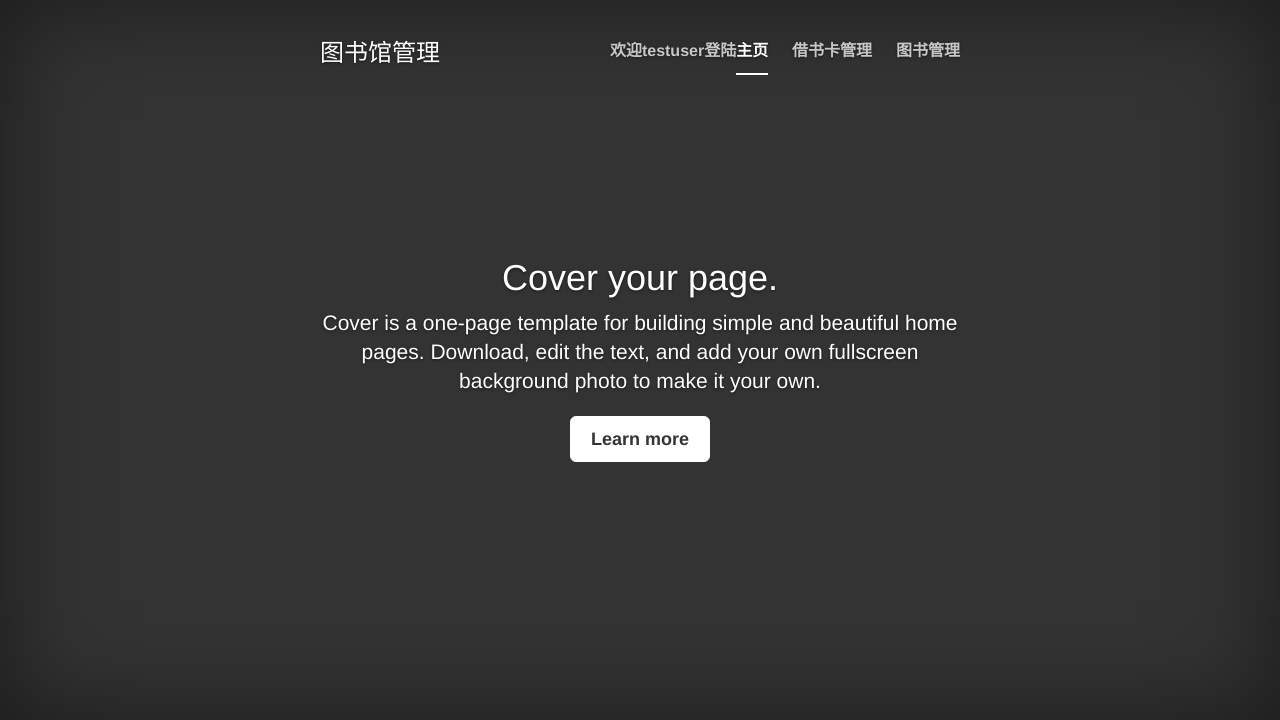
Repository: chaice/code
Page: http://localhost/web6/home
These files come from the project's save history. The page is drawn as it stood at one moment and after the next save; the edit follows.
The browser window is 1280 px wide. The pictures show the whole page.
Some web libraries are served in a nearby version. The page is served by Tomcat 9. The session is filled in as if someone had signed in: {"username": "testuser"}. Other server files are loaded and not shown.

Above is the page before, as saved 2016-06-01 09:40:43.

### web6/WebContent/WEB-INF/views/home.jsp
<%@ page language="java" contentType="text/html; charset=UTF-8"
    pageEncoding="UTF-8"%>
<!DOCTYPE html>
<html>
<head>
<meta charset="UTF-8">
<title>主页</title>
   <%@include file="head.jsp"%>
          <div class="inner cover">
            <h1 class="cover-heading">Cover your page.</h1>
            <p class="lead">Cover is a one-page template for building simple and beautiful home pages. Download, edit the text, and add your own fullscreen background photo to make it your own.</p>
            <p class="lead">
              <a href="#" class="btn btn-lg btn-default">Learn more</a>
            </p>
          </div>
        </div>
      </div>
    </div>
    <script src="//cdn.bootcss.com/jquery/1.11.3/jquery.min.js"></script>
    <script src="//cdn.bootcss.com/bootstrap/3.3.5/js/bootstrap.min.js"></script>

</body>
</html>

### web6/WebContent/WEB-INF/views/head.jsp
<%@ page language="java" contentType="text/html; charset=UTF-8"
	pageEncoding="UTF-8"%>
<link href="//cdn.bootcss.com/bootstrap/3.3.5/css/bootstrap.min.css"
	rel="stylesheet">
<style>
a,a:focus,a:hover {
	color: #fff;
}

.btn-default,.btn-default:hover,.btn-default:focus {
	color: #333;
	text-shadow: none;
	background-color: #fff;
	border: 1px solid #fff;
}

html,body {
	height: 100%;
	background-color: #333;
}

body {
	color: #fff;
	text-align: center;
	text-shadow: 0 1px 3px rgba(0, 0, 0, .5);
}

.site-wrapper {
	display: table;
	width: 100%;
	height: 100%;
	min-height: 100%;
	-webkit-box-shadow: inset 0 0 100px rgba(0, 0, 0, .5);
	box-shadow: inset 0 0 100px rgba(0, 0, 0, .5);
}

.site-wrapper-inner {
	display: table-cell;
	vertical-align: top;
}

.cover-container {
	margin-right: auto;
	margin-left: auto;
}

.inner {
	padding: 30px;
}

.masthead-brand {
	margin-top: 10px;
	margin-bottom: 10px;
}

.masthead-nav>li {
	display: inline-block;
}

.masthead-nav>li+li {
	margin-left: 20px;
}

.masthead-nav>li>a {
	padding-right: 0;
	padding-left: 0;
	font-size: 16px;
	font-weight: bold;
	color: #fff; /* IE8 proofing */
	color: rgba(255, 255, 255, .75);
	border-bottom: 2px solid transparent;
}

.masthead-nav>li>a:hover,.masthead-nav>li>a:focus {
	background-color: transparent;
	border-bottom-color: #a9a9a9;
	border-bottom-color: rgba(255, 255, 255, .25);
}

.masthead-nav>.active>a,.masthead-nav>.active>a:hover,.masthead-nav>.active>a:focus
	{
	color: #fff;
	border-bottom-color: #fff;
}

@media ( min-width : 768px) {
	.masthead-brand {
		float: left;
	}
	.masthead-nav {
		float: right;
	}
}

.cover {
	padding: 0 20px;
}

.cover .btn-lg {
	padding: 10px 20px;
	font-weight: bold;
}

.mastfoot {
	color: #999; /* IE8 proofing */
	color: rgba(255, 255, 255, .5);
}

@media ( min-width : 768px) {
	.masthead {
		position: fixed;
		top: 0;
	}
	.mastfoot {
		position: fixed;
		bottom: 0;
	}
	.site-wrapper-inner {
		vertical-align: middle;
	}
	.masthead,.mastfoot,.cover-container {
		width: 100%;
	}
}

@media ( min-width : 992px) {
	.masthead,.mastfoot,.cover-container {
		width: 700px;
	}
}
</style>
</head>
<body>
	<%
		String name = (String) session.getAttribute("username");
		if (name == null) {
			response.sendRedirect("/login");
		}
	%>
	<div class="site-wrapper">
		<div class="site-wrapper-inner">
			<div class="cover-container">
				<div class="masthead clearfix">
					<div class="inner">
						<h3 class="masthead-brand">图书馆管理</h3>
						<nav>
							<ul class="nav masthead-nav">
								<li class="active"><a href="/home">主页</a></li>
								<li><a href="#">借书卡管理</a></li>
								<li><a href="#">图书管理</a></li>
							</ul>
						</nav>
						<ol class="nav masthead-nav" style="float:right">
								<li ><a>欢迎<%=name%>登陆
								</a></li>
							</ol>
					</div>
				</div>

### web6/src/com/ccit/mservlet/Home.java
package com.ccit.mservlet;

import java.io.IOException;
import javax.servlet.ServletException;
import javax.servlet.http.HttpServlet;
import javax.servlet.http.HttpServletRequest;
import javax.servlet.http.HttpServletResponse;

public class Home extends HttpServlet {
	private static final long serialVersionUID = 1L;
    public Home() {
        super();
    }
	protected void doGet(HttpServletRequest request, HttpServletResponse response) throws ServletException, IOException {
		request.getRequestDispatcher("/WEB-INF/views/home.jsp").forward(request, response);
	}
}

After the next save:
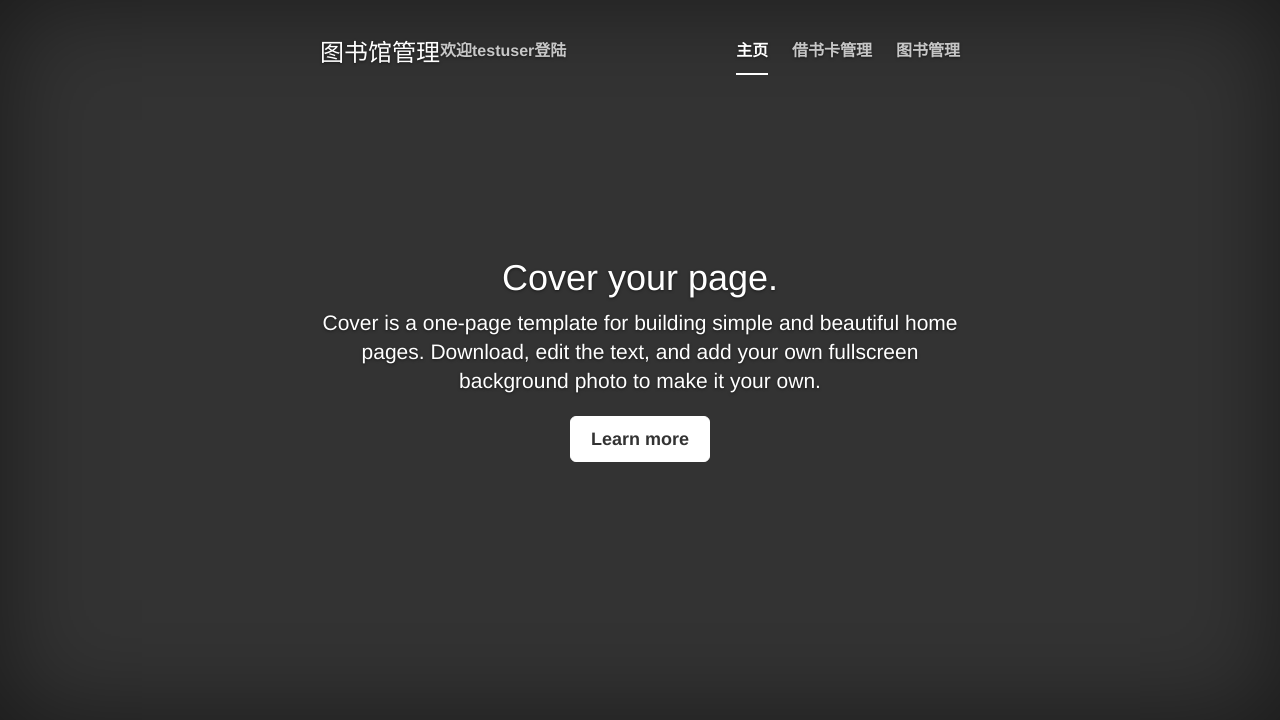
Saved 24 s later.
--- a/web6/WebContent/WEB-INF/views/head.jsp
+++ b/web6/WebContent/WEB-INF/views/head.jsp
@@ -150,7 +150,7 @@ body {
 								<li><a href="#">图书管理</a></li>
 							</ul>
 						</nav>
-						<ol class="nav masthead-nav" style="float:right">
+						<ol class="nav masthead-nav" style="float:left">
 								<li ><a>欢迎<%=name%>登陆
 								</a></li>
 							</ol>
